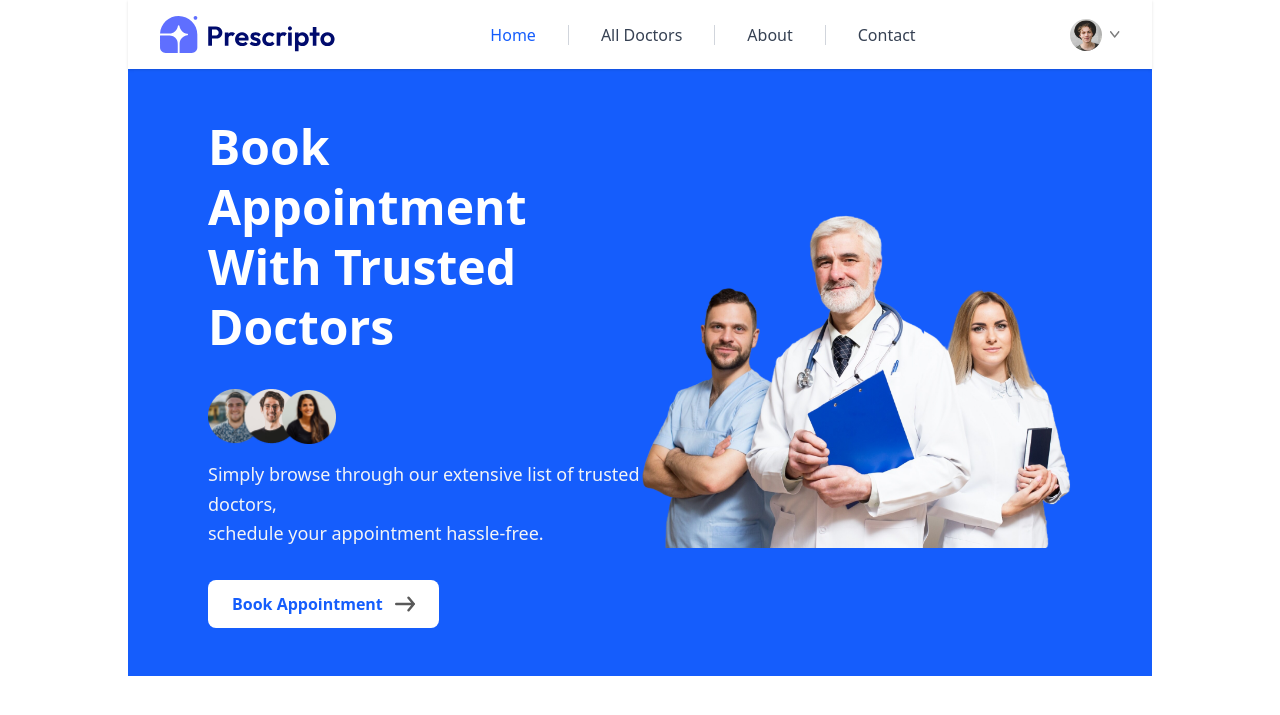
Repository: Pran2535/appointement_booking
Page: / (app in frontend/)
The author's editor kept a copy of each file at every save. The page is drawn from the files as they stood at one save, then again after the next save.
The browser window is 1280 px wide. The pictures show the whole page.
The project was rebuilt for these pictures with package versions that can differ from the ones it lists, and the page was loaded fresh each time. Also part of the build but not shown: frontend/vite.config.js, frontend/src/pages/About.jsx, frontend/src/pages/MyAppointments.jsx, frontend/src/pages/Doctors.jsx, frontend/src/pages/Login.jsx, frontend/src/pages/Contact.jsx, frontend/src/pages/MyProfile.jsx, frontend/src/pages/Appointment.jsx.

Above is the page before, as saved 2025-02-16 20:57:21.

### frontend/index.html
<!doctype html>
<html lang="en">
  <head>
    <meta charset="UTF-8" />
    <link rel="icon" type="image/svg+xml" href="/vite.svg" />
    <meta name="viewport" content="width=device-width, initial-scale=1.0" />
    <title>Mishra healthcare</title>
  </head>
  <body>
    <div id="root"></div>
    <script type="module" src="/src/main.jsx"></script>
  </body>
</html>

### frontend/src/main.jsx
import { StrictMode } from 'react'
import { createRoot } from 'react-dom/client'
import './index.css'
import App from './App.jsx'
import { BrowserRouter } from 'react-router-dom'

createRoot(document.getElementById('root')).render(
<BrowserRouter>
    <App />
  </BrowserRouter>,
)

### frontend/src/App.jsx
import React from 'react'
import { Route, Routes } from 'react-router-dom'
import Home from './pages/Home'
import About from './pages/About'
import MyAppointments from './pages/MyAppointments'
import Doctors from './pages/Doctors'
import Login from './pages/Login'
import Contact from './pages/Contact'
import MyProfile from './pages/MyProfile'
import Appointment from './pages/Appointment'
import Navbar from './components/Navbar'

const App = () => {
  return (
    <div className='mx-4 sm:mx-[10%]'>
      <Navbar/>{ /* mounted navbar component before routes so that it gets displayed over the all routes */}
      <Routes>
        <Route path='/' element={<Home />} />
        <Route path='/about' element={<About />} />
        <Route path='/my-appointments' element={<MyAppointments />} />
        <Route path='/doctors' element={<Doctors/>}/>
        <Route path='/doctors/:speciality' element={<Doctors/>}/>
        <Route path ='/login' element={<Login/>}/>
        <Route path='/contact' element={<Contact/>}/>
        <Route path ='/my-profile' element={<MyProfile/>}/>
        <Route path ='/appointments/:docId' element={<Appointment/>}/>
      </Routes>
    </div>
  )
}

export default App

### frontend/src/pages/Home.jsx
import React from 'react'
import Header from '../components/Header'

const Home = () => {
  return (
    <div>
      <Header/>
    </div>
  )
}

export default Home

### frontend/src/components/Navbar.jsx
import React, { useState } from 'react'
import { NavLink, useNavigate } from 'react-router-dom'
import { assets } from '../assets/assets'

const links = [
  { to: '/', label: 'Home' },
  { to: '/doctors', label: 'All Doctors' },
  { to: '/about', label: 'About' },
  { to: '/contact', label: 'Contact' }
]

const Navbar = () => {
  const navigate = useNavigate();
  const [showMenu, setShowMenu]=useState(false);
  const [token,setToken]=useState(true);


  return (
    <nav className="sticky top-0 bg-white shadow-sm z-50">
      <div className="max-w-7xl mx-auto px-4 sm:px-6 lg:px-8 py-4 flex items-center justify-between">
        {/* Logo */}
        <div className="flex-shrink-0">
          <img
            className="w-32 md:w-40 lg:w-44 h-auto cursor-pointer transition-transform hover:scale-105"
            src={assets.logo}
            alt="Company Logo"
          />
        </div>

        {/* Navigation Links */}
        <div className="hidden md:block">
          <ul className="flex items-center space-x-8">
            {links.map((l, i) => (
              <React.Fragment key={l.to}>
                <NavLink
                  to={l.to}
                  className={({ isActive }) =>
                    `font-medium transition-colors duration-200 hover:text-blue-600 ${
                      isActive ? 'text-blue-600' : 'text-gray-700'
                    }`
                  }
                >
                  {l.label}
                </NavLink>
                {i < links.length - 1 && (
                  <div className="h-5 w-px bg-gray-300" aria-hidden="true" />
                )}
              </React.Fragment>
            ))}
          </ul>
        </div>

        {/* CTA Button */}
        <div className="flex items-center gap-4">
            {
                token?
                <div className='flex items-center gap-2 cursor-pointer group relative' >
                    <img className='w-8 rounded-full' src={assets.profile_pic} alt="" />
                    <img className='w-2.5 ' src={assets.dropdown_icon} alt="" />
                    <div className='absolute top-0 right-0 pt-14 text-base font-medium text-gray-600 z-20 hidden group-hover:block'>
                        <div className='min-w-48 bg-stone-100 rounded flex flex-col gap-4 p-4'>
                            <p onClick={()=>navigate('/my-appointments')} className='hover:text-black cursor-pointer'>My Appointments</p>
                            <p onClick={()=>navigate('/my-profile')} className='hover:text-black cursor-pointer'>My Profile</p>
                            <p onClick={()=>setToken(false)} className='hover:text-black cursor-pointer'>Logout</p>
                        </div>
                    </div>
                </div>

                :
                 <button
            onClick={() => navigate('/login')}
            className="hidden cursor-pointer md:block bg-blue-600 hover:bg-blue-700 text-white px-6 py-3 rounded-full font-semibold transition-colors duration-200 focus:outline-none focus:ring-2 focus:ring-blue-500 focus:ring-offset-2 shadow-md"
          >
            Create Account
          </button>
            }

        </div>
      </div>
    </nav>
  )
}

export default Navbar

### frontend/src/components/Header.jsx
import React from 'react';
import { assets } from '../assets/assets';

const Header = () => {
  return (
    <div className="flex flex-col md:flex-row justify-between items-center bg-blue-600 px-6 md:px-10 lg:px-20 py-12 text-white">
      {/* Left side */}
      <div className="w-full md:w-1/2 space-y-8 mb-8 md:mb-0">
        <h1 className="text-4xl lg:text-5xl font-bold leading-tight">
          Book Appointment <br /> With Trusted Doctors
        </h1>

        <div className="space-y-4">
          <div className="flex items-center space-x-4">
            <img
              src={assets.group_profiles}
              alt="Doctor Profiles"
              className="w-32 h-auto object-contain"
            />
          </div>

          <p className="text-lg text-gray-100 leading-relaxed">
            Simply browse through our extensive list of trusted doctors,
            <br className="hidden md:block" />
            schedule your appointment hassle-free.
          </p>
        </div>

        <a
          href="#"
          className="inline-flex items-center space-x-3 bg-white text-blue-600 px-6 py-3 rounded-lg font-semibold hover:bg-gray-100 transition-colors duration-200"
        >
          <span>Book Appointment</span>
          <img
            src={assets.arrow_icon}
            alt="Arrow"
            className="w-5 h-5"
          />
        </a>
      </div>

      {/* Right side */}
      <div className="w-full md:w-1/2 flex justify-center md:justify-end">
        <img
          src={assets.header_img}
          alt="Header illustration"
          className="w-full max-w-lg h-auto object-contain"
        />
      </div>
    </div>
  );
};

export default Header;

### frontend/src/assets/assets.js
import appointment_img from './appointment_img.png'
import header_img from './header_img.png'
import group_profiles from './group_profiles.png'
import profile_pic from './profile_pic.png'
import contact_image from './contact_image.png'
import about_image from './about_image.png'
import logo from './logo.svg'
import dropdown_icon from './dropdown_icon.svg'
import menu_icon from './menu_icon.svg'
import cross_icon from './cross_icon.png'
import chats_icon from './chats_icon.svg'
import verified_icon from './verified_icon.svg'
import arrow_icon from './arrow_icon.svg'
import info_icon from './info_icon.svg'
import upload_icon from './upload_icon.png'
import stripe_logo from './stripe_logo.png'
import razorpay_logo from './razorpay_logo.png'
import doc1 from './doc1.png'
import doc2 from './doc2.png'
import doc3 from './doc3.png'
import doc4 from './doc4.png'
import doc5 from './doc5.png'
import doc6 from './doc6.png'
import doc7 from './doc7.png'
import doc8 from './doc8.png'
import doc9 from './doc9.png'
import doc10 from './doc10.png'
import doc11 from './doc11.png'
import doc12 from './doc12.png'
import doc13 from './doc13.png'
import doc14 from './doc14.png'
import doc15 from './doc15.png'
import Dermatologist from './Dermatologist.svg'
import Gastroenterologist from './Gastroenterologist.svg'
import General_physician from './General_physician.svg'
import Gynecologist from './Gynecologist.svg'
import Neurologist from './Neurologist.svg'
import Pediatricians from './Pediatricians.svg'


export const assets = {
    appointment_img,
    header_img,
    group_profiles,
    logo,
    chats_icon,
    verified_icon,
    info_icon,
    profile_pic,
    arrow_icon,
    contact_image,
    about_image,
    menu_icon,
    cross_icon,
    dropdown_icon,
    upload_icon,
    stripe_logo,
    razorpay_logo
}

export const specialityData = [
    {
        speciality: 'General physician',
        image: General_physician
    },
    {
        speciality: 'Gynecologist',
        image: Gynecologist
    },
    {
        speciality: 'Dermatologist',
        image: Dermatologist
    },
    {
        speciality: 'Pediatricians',
        image: Pediatricians
    },
    {
        speciality: 'Neurologist',
        image: Neurologist
    },
    {
        speciality: 'Gastroenterologist',
        image: Gastroenterologist
    },
]

export const doctors = [
    {
        _id: 'doc1',
        name: 'Dr. Richard James',
        image: doc1,
        speciality: 'General physician',
        degree: 'MBBS',
        experience: '4 Years',
        about: 'Dr. Davis has a strong commitment to delivering comprehensive medical care, focusing on preventive medicine, early diagnosis, and effective treatment strategies. Dr. Davis has a strong commitment to delivering comprehensive medical care, focusing on preventive medicine, early diagnosis, and effective treatment strategies.',
        fees: 50,
        address: {
            line1: '17th Cross, Richmond',
            line2: 'Circle, Ring Road, London'
        }
    },
    {
        _id: 'doc2',
        name: 'Dr. Emily Larson',
        image: doc2,
        speciality: 'Gynecologist',
        degree: 'MBBS',
        experience: '3 Years',
        about: 'Dr. Davis has a strong commitment to delivering comprehensive medical care, focusing on preventive medicine, early diagnosis, and effective treatment strategies. Dr. Davis has a strong commitment to delivering comprehensive medical care, focusing on preventive medicine, early diagnosis, and effective treatment strategies.',
        fees: 60,
        address: {
            line1: '27th Cross, Richmond',
            line2: 'Circle, Ring Road, London'
        }
    },
    {
        _id: 'doc3',
        name: 'Dr. Sarah Patel',
        image: doc3,
        speciality: 'Dermatologist',
        degree: 'MBBS',
        experience: '1 Years',
        about: 'Dr. Davis has a strong commitment to delivering comprehensive medical care, focusing on preventive medicine, early diagnosis, and effective treatment strategies. Dr. Davis has a strong commitment to delivering comprehensive medical care, focusing on preventive medicine, early diagnosis, and effective treatment strategies.',
        fees: 30,
        address: {
            line1: '37th Cross, Richmond',
            line2: 'Circle, Ring Road, London'
        }
    },
    {
        _id: 'doc4',
        name: 'Dr. Christopher Lee',
        image: doc4,
        speciality: 'Pediatricians',
        degree: 'MBBS',
        experience: '2 Years',
        about: 'Dr. Davis has a strong commitment to delivering comprehensive medical care, focusing on preventive medicine, early diagnosis, and effective treatment strategies. Dr. Davis has a strong commitment to delivering comprehensive medical care, focusing on preventive medicine, early diagnosis, and effective treatment strategies.',
        fees: 40,
        address: {
            line1: '47th Cross, Richmond',
            line2: 'Circle, Ring Road, London'
        }
    },
    {
        _id: 'doc5',
        name: 'Dr. Jennifer Garcia',
        image: doc5,
        speciality: 'Neurologist',
        degree: 'MBBS',
        experience: '4 Years',
        about: 'Dr. Davis has a strong commitment to delivering comprehensive medical care, focusing on preventive medicine, early diagnosis, and effective treatment strategies. Dr. Davis has a strong commitment to delivering comprehensive medical care, focusing on preventive medicine, early diagnosis, and effective treatment strategies.',
        fees: 50,
        address: {
            line1: '57th Cross, Richmond',
            line2: 'Circle, Ring Road, London'
        }
    },
    {
        _id: 'doc6',
        name: 'Dr. Andrew Williams',
        image: doc6,
        speciality: 'Neurologist',
        degree: 'MBBS',
        experience: '4 Years',
        about: 'Dr. Davis has a strong commitment to delivering comprehensive medical care, focusing on preventive medicine, early diagnosis, and effective treatment strategies. Dr. Davis has a strong commitment to delivering comprehensive medical care, focusing on preventive medicine, early diagnosis, and effective treatment strategies.',
        fees: 50,
        address: {
            line1: '57th Cross, Richmond',
            line2: 'Circle, Ring Road, London'
        }
    },
    {
        _id: 'doc7',
        name: 'Dr. Christopher Davis',
        image: doc7,
        speciality: 'General physician',
        degree: 'MBBS',
        experience: '4 Years',
        about: 'Dr. Davis has a strong commitment to delivering comprehensive medical care, focusing on preventive medicine, early diagnosis, and effective treatment strategies. Dr. Davis has a strong commitment to delivering comprehensive medical care, focusing on preventive medicine, early diagnosis, and effective treatment strategies.',
        fees: 50,
        address: {
            line1: '17th Cross, Richmond',
            line2: 'Circle, Ring Road, London'
        }
    },
    {
        _id: 'doc8',
        name: 'Dr. Timothy White',
        image: doc8,
        speciality: 'Gynecologist',
        degree: 'MBBS',
        experience: '3 Years',
        about: 'Dr. Davis has a strong commitment to delivering comprehensive medical care, focusing on preventive medicine, early diagnosis, and effective treatment strategies. Dr. Davis has a strong commitment to delivering comprehensive medical care, focusing on preventive medicine, early diagnosis, and effective treatment strategies.',
        fees: 60,
        address: {
            line1: '27th Cross, Richmond',
            line2: 'Circle, Ring Road, London'
        }
    },
    {
        _id: 'doc9',
        name: 'Dr. Ava Mitchell',
        image: doc9,
        speciality: 'Dermatologist',
        degree: 'MBBS',
        experience: '1 Years',
        about: 'Dr. Davis has a strong commitment to delivering comprehensive medical care, focusing on preventive medicine, early diagnosis, and effective treatment strategies. Dr. Davis has a strong commitment to delivering comprehensive medical care, focusing on preventive medicine, early diagnosis, and effective treatment strategies.',
        fees: 30,
        address: {
            line1: '37th Cross, Richmond',
            line2: 'Circle, Ring Road, London'
        }
    },
    {
        _id: 'doc10',
        name: 'Dr. Jeffrey King',
        image: doc10,
        speciality: 'Pediatricians',
        degree: 'MBBS',
        experience: '2 Years',
        about: 'Dr. Davis has a strong commitment to delivering comprehensive medical care, focusing on preventive medicine, early diagnosis, and effective treatment strategies. Dr. Davis has a strong commitment to delivering comprehensive medical care, focusing on preventive medicine, early diagnosis, and effective treatment strategies.',
        fees: 40,
        address: {
            line1: '47th Cross, Richmond',
            line2: 'Circle, Ring Road, London'
        }
    },
    {
        _id: 'doc11',
        name: 'Dr. Zoe Kelly',
        image: doc11,
        speciality: 'Neurologist',
        degree: 'MBBS',
        experience: '4 Years',
        about: 'Dr. Davis has a strong commitment to delivering comprehensive medical care, focusing on preventive medicine, early diagnosis, and effective treatment strategies. Dr. Davis has a strong commitment to delivering comprehensive medical care, focusing on preventive medicine, early diagnosis, and effective treatment strategies.',
        fees: 50,
        address: {
            line1: '57th Cross, Richmond',
            line2: 'Circle, Ring Road, London'
        }
    },
    {
        _id: 'doc12',
        name: 'Dr. Patrick Harris',
        image: doc12,
        speciality: 'Neurologist',
        degree: 'MBBS',
        experience: '4 Years',
        about: 'Dr. Davis has a strong commitment to delivering comprehensive medical care, focusing on preventive medicine, early diagnosis, and effective treatment strategies. Dr. Davis has a strong commitment to delivering comprehensive medical care, focusing on preventive medicine, early diagnosis, and effective treatment strategies.',
        fees: 50,
        address: {
            line1: '57th Cross, Richmond',
            line2: 'Circle, Ring Road, London'
        }
    },
    {
        _id: 'doc13',
        name: 'Dr. Chloe Evans',
        image: doc13,
        speciality: 'General physician',
        degree: 'MBBS',
        experience: '4 Years',
        about: 'Dr. Davis has a strong commitment to delivering comprehensive medical care, focusing on preventive medicine, early diagnosis, and effective treatment strategies. Dr. Davis has a strong commitment to delivering comprehensive medical care, focusing on preventive medicine, early diagnosis, and effective treatment strategies.',
        fees: 50,
        address: {
            line1: '17th Cross, Richmond',
            line2: 'Circle, Ring Road, London'
        }
    },
    {
        _id: 'doc14',
        name: 'Dr. Ryan Martinez',
        image: doc14,
        speciality: 'Gynecologist',
        degree: 'MBBS',
        experience: '3 Years',
        about: 'Dr. Davis has a strong commitment to delivering comprehensive medical care, focusing on preventive medicine, early diagnosis, and effective treatment strategies. Dr. Davis has a strong commitment to delivering comprehensive medical care, focusing on preventive medicine, early diagnosis, and effective treatment strategies.',
        fees: 60,
        address: {
            line1: '27th Cross, Richmond',
            line2: 'Circle, Ring Road, London'
        }
    },
    {
        _id: 'doc15',
        name: 'Dr. Amelia Hill',
        image: doc15,
        speciality: 'Dermatologist',
        degree: 'MBBS',
        experience: '1 Years',
        about: 'Dr. Davis has a strong commitment to delivering comprehensive medical care, focusing on preventive medicine, early diagnosis, and effective treatment strategies. Dr. Davis has a strong commitment to delivering comprehensive medical care, focusing on preventive medicine, early diagnosis, and effective treatment strategies.',
        fees: 30,
        address: {
            line1: '37th Cross, Richmond',
            line2: 'Circle, Ring Road, London'
        }
    },
]

Loaded but not shown: frontend/src/index.css (common file)

After the next save:
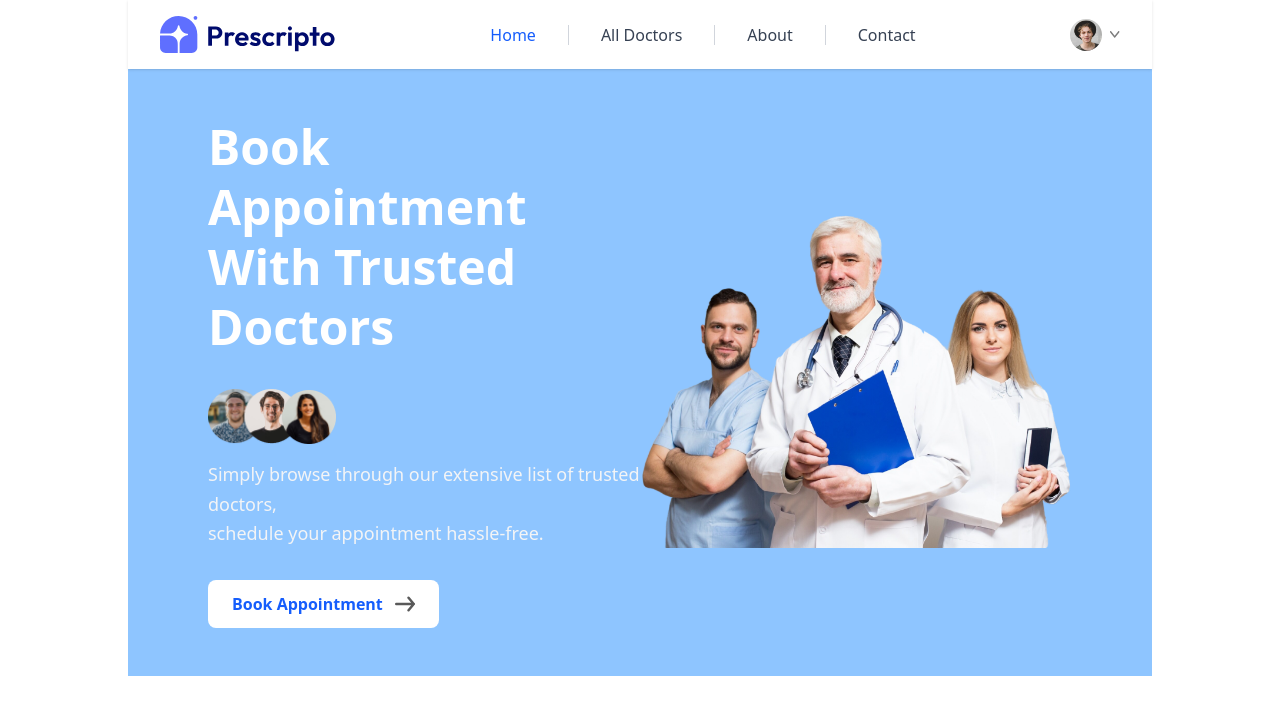
Saved 40 s later.
--- a/frontend/src/components/Header.jsx
+++ b/frontend/src/components/Header.jsx
@@ -3,7 +3,7 @@ import { assets } from '../assets/assets';
 
 const Header = () => {
   return (
-    <div className="flex flex-col md:flex-row justify-between items-center bg-blue-600 px-6 md:px-10 lg:px-20 py-12 text-white">
+    <div className="flex flex-col md:flex-row justify-between items-center bg-blue-300 px-6 md:px-10 lg:px-20 py-12 text-white">
       {/* Left side */}
       <div className="w-full md:w-1/2 space-y-8 mb-8 md:mb-0">
         <h1 className="text-4xl lg:text-5xl font-bold leading-tight">
